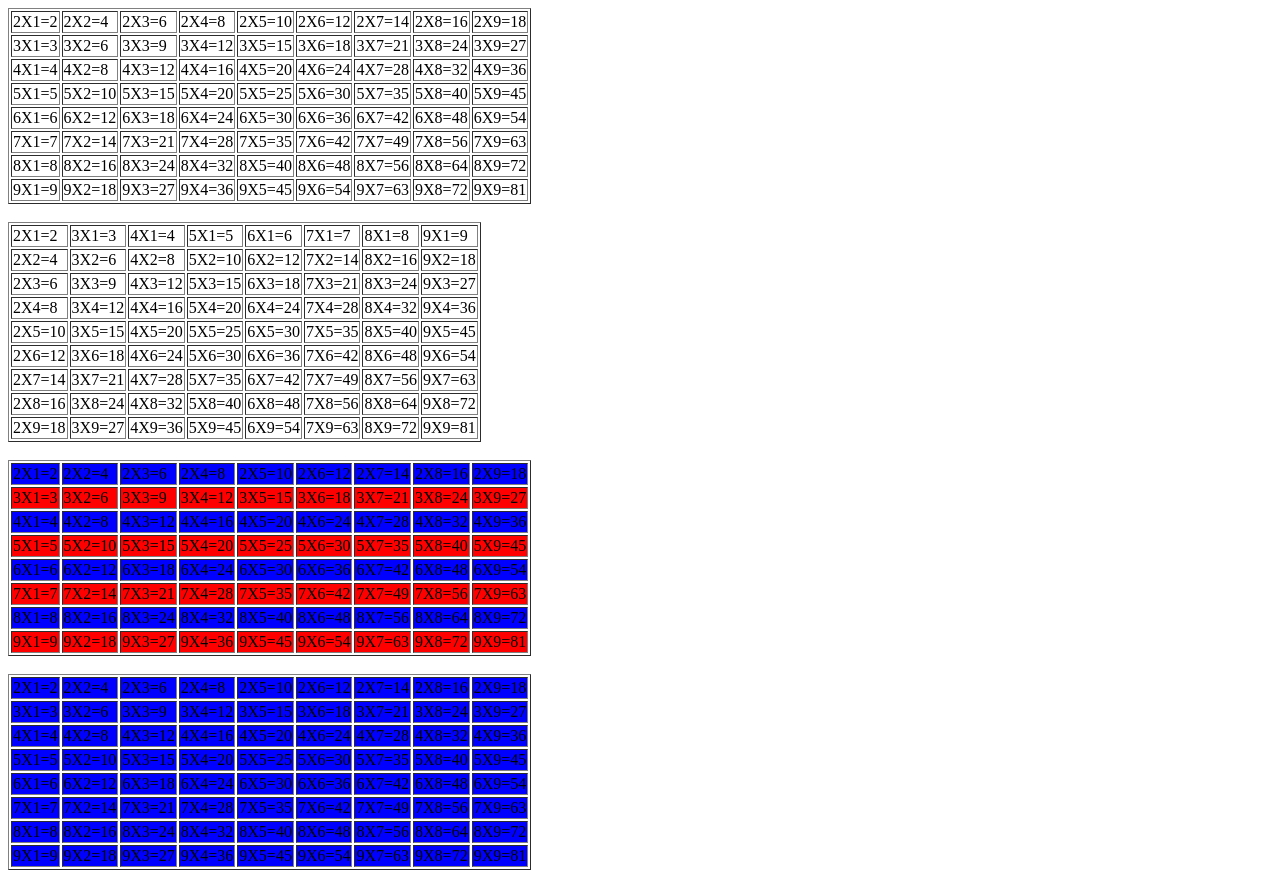
Repository: Kimgigon123123/JspServlet
Page: http://localhost/03.Tag/01.Script/Ex04For.jsp
The author's editor kept a copy of each file at every save. The page is drawn from the files as they stood at one save, then again after the next save.
The browser window is 1280 px wide. The pictures show the whole page.
The page is served by Tomcat 9.

Above is the page before, as saved 2023-05-19 02:24:06.

After the next save:
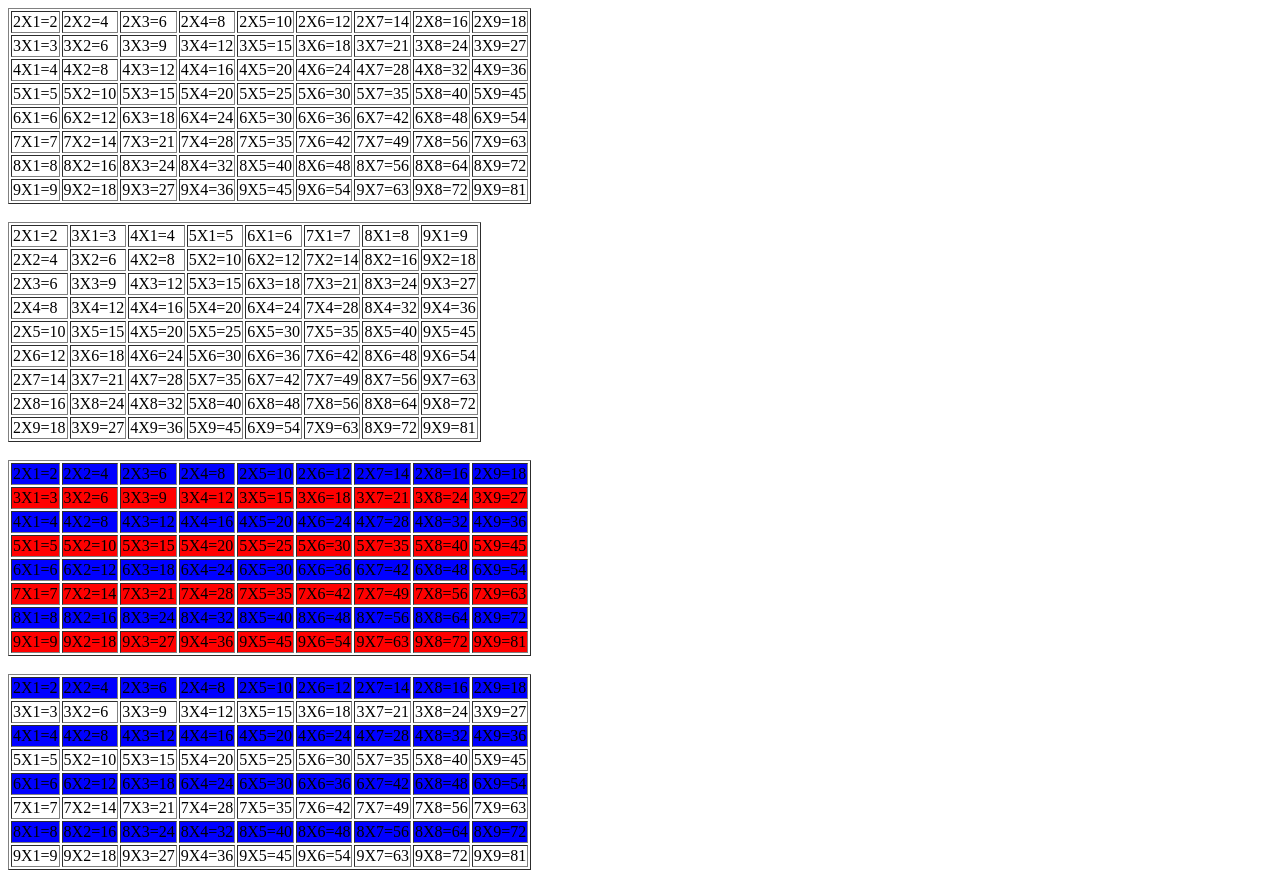
Saved 47 s later.
--- a/WorkSpace/03.Tag/src/main/webapp/01.Script/Ex04For.jsp
+++ b/WorkSpace/03.Tag/src/main/webapp/01.Script/Ex04For.jsp
@@ -43,7 +43,10 @@
 
 
 	<table border = "1px solid black">
-	<% for(int i=2;i<=9;i++){%><tr style="background-color:blue">
+	<% for(int i=2;i<=9;i++){
+	if(i%2==0){%>
+	<tr style="background-color:blue">
+	<%} %>
 		<%for(int j=1;j<=9;j++){%>
 	<td><%=i+"X"+j+"="+i*j %></td>
 
